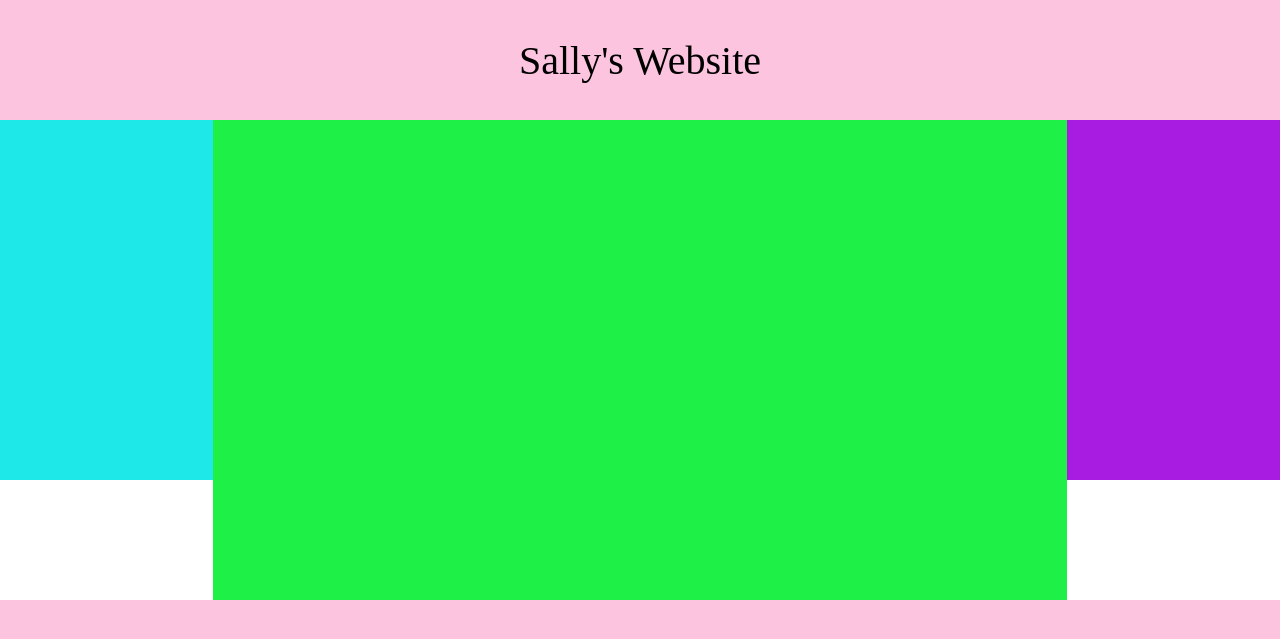
Repository: tianjiewang2022/tianjiewang2022.github.io
Page: index.html
These files come from the project's save history. The page is drawn as it stood at one moment and after the next save; the edit follows.
The browser window is 1280 px wide. The pictures show the whole page.

Above is the page before, as saved 2023-10-02 23:19:37.

After the next save:
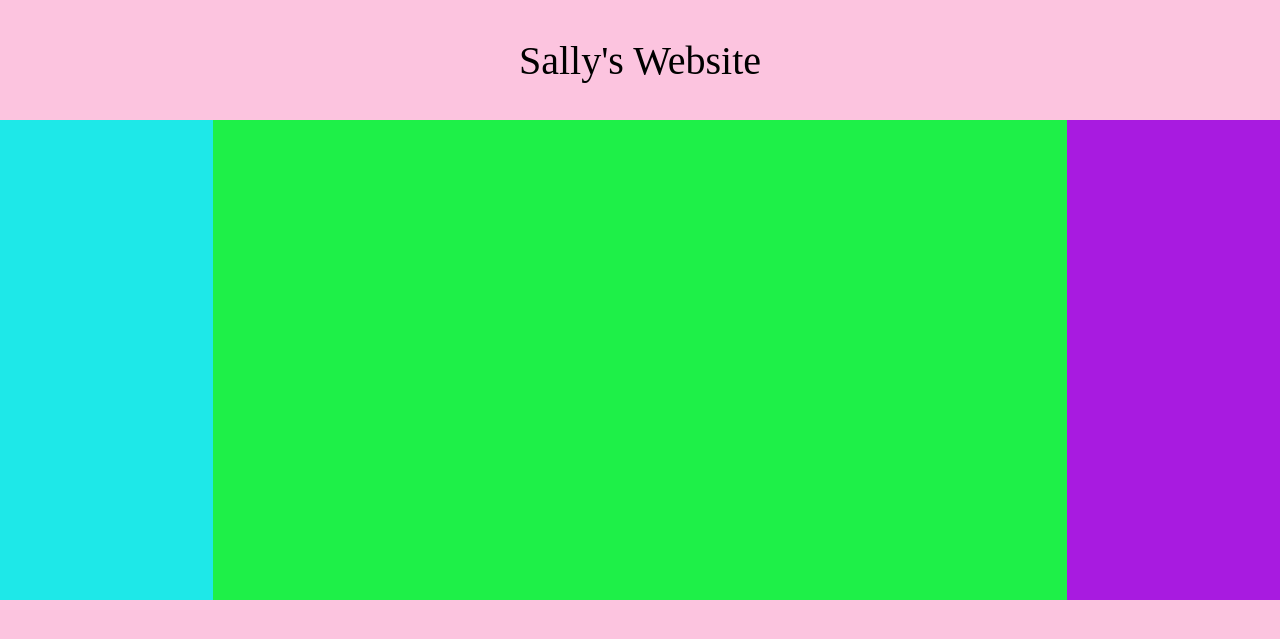
Saved 6 min 45 s later.
--- a/index.html
+++ b/index.html
@@ -33,12 +33,10 @@
                 background-color: rgb(30, 232, 232);
                 grid-row: 2 / span 4;
                 grid-column: 1 / span 1;
-                position: fixed;
                 height: calc(4 * (100vh / 6));
                 /* Set the height of the left bar */
                 width: calc(1 * (100vw / 6));
                 /* Set the width of the left bar */
-                left: 0;
                 /* Position the left bar at the left side */
             }
 
@@ -59,13 +57,11 @@
             .right_bar {
                 background-color: rgb(168, 27, 224);
                 grid-row: 2 / span 4;
-                grid-column: 5 / span 1;
-                position: fixed;
+                grid-column: 6 / span 1;
                 height: calc(4 * (100vh / 6));
                 /* Set the height of the left bar */
                 width: calc(1 * (100vw / 6));
                 /* Set the width of the left bar */
-                right: 0;
                 /* Position the left bar at the left side */
             }
 
